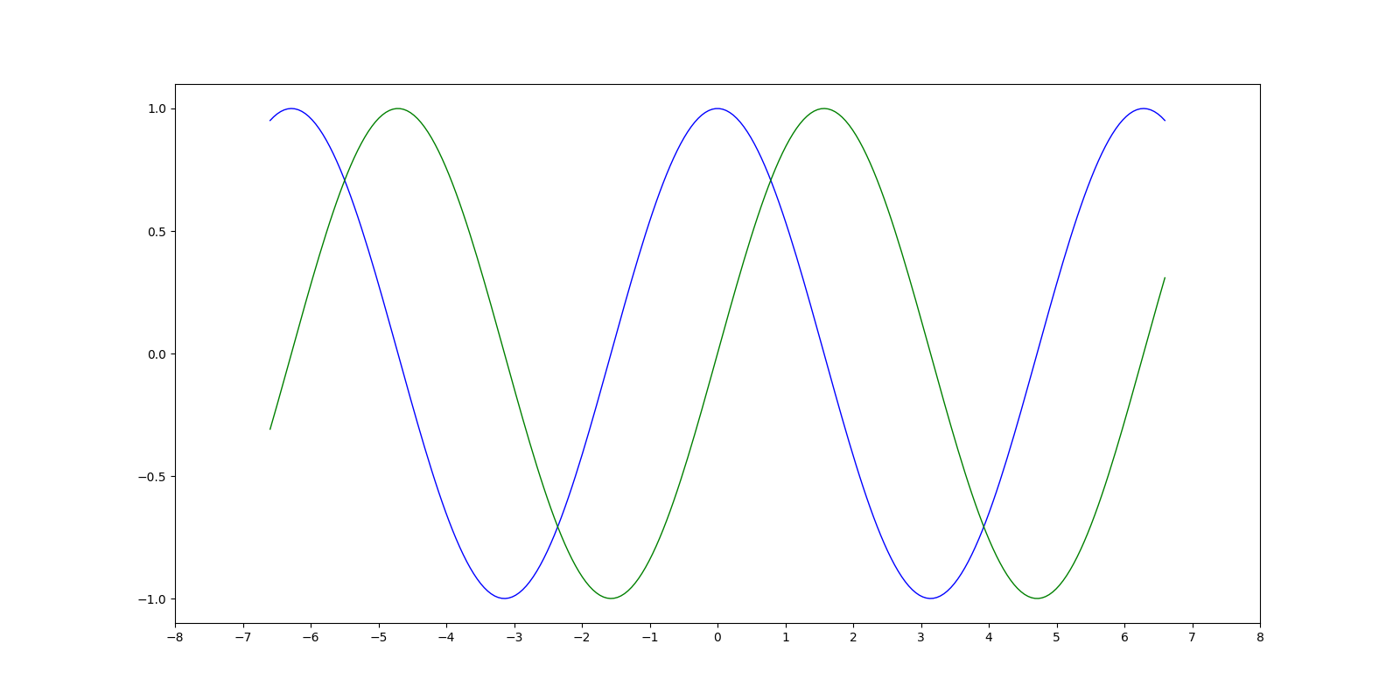
Repository: Jaamunozr/Archivos-python
Script's output: python Archivos Python/Graficas/ejecutable.py
The author's editor kept a copy of each file at every save. The script's output is drawn from the files as they stood at one save, then again after the next save.
Figures wider than 1,400 px are first shrunk to that width. Animations are shown at an early frame. Random numbers start from a fixed seed.

Above is the script's output before, as saved 2020-02-16 21:33:59.

After the next save:
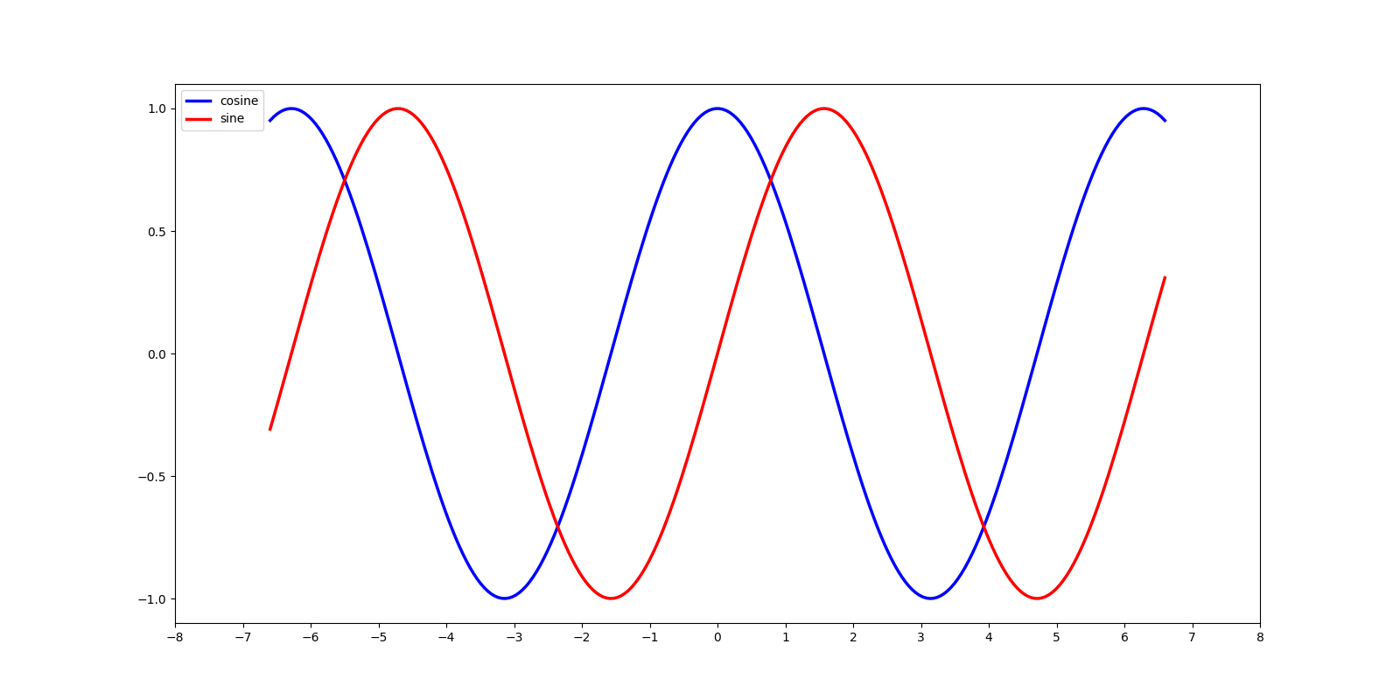
Saved 76 s later.
--- a/Archivos Python/Graficas/ejecutable.py
+++ b/Archivos Python/Graficas/ejecutable.py
@@ -31,14 +31,15 @@ pl.yticks(np.linspace(-1, 1, 5, endpoint=True))
 '''Otra opcion de determinar los limites a imprimir
 pl.xticks([-np.pi, -np.pi/2, 0, np.pi/2, np.pi])
 pl.yticks([-1, 0, +1]) '''
-
-pl.gca()  # gca stands for 'get current axis'
-#ax.spines['right'].set_color('none')
-#ax.spines['top'].set_color('none')
-#ax.xaxis.set_ticks_position('bottom')
-#ax.spines['bottom'].set_position(('data',0))
-#ax.yaxis.set_ticks_position('left')
-#ax.spines['left'].set_position(('data',0))
+#AGREGAR LINEAS DE EJES Y QUITAR EL RECUADRO:
+'''
+ax = pl.gca()
+ax.spines['right'].set_color('none')
+ax.spines['top'].set_color('none')
+ax.xaxis.set_ticks_position('bottom')
+ax.spines['bottom'].set_position(('data',0))
+ax.yaxis.set_ticks_position('left')
+ax.spines['left'].set_position(('data',0))'''
 
 # Guardar la figura usando 72 puntos por pulgada
 # savefig("exercice_2.png", dpi=72)
@@ -47,5 +48,10 @@ pl.gca()  # gca stands for 'get current axis'
 #pl.xlim(X.min() * 1.1, X.max() * 1.1)
 pl.ylim(C.min() * 1.1, C.max() * 1.1)
 
+pl.plot(X, C, color="blue", linewidth=2.5, linestyle="-", label="cosine")
+pl.plot(X, S, color="red",  linewidth=2.5, linestyle="-", label="sine")
+
+pl.legend(loc='upper left')
+
 # Mostrar resultado en pantalla (Con 2 segundos de muestreo)
 pl.pause(10)
